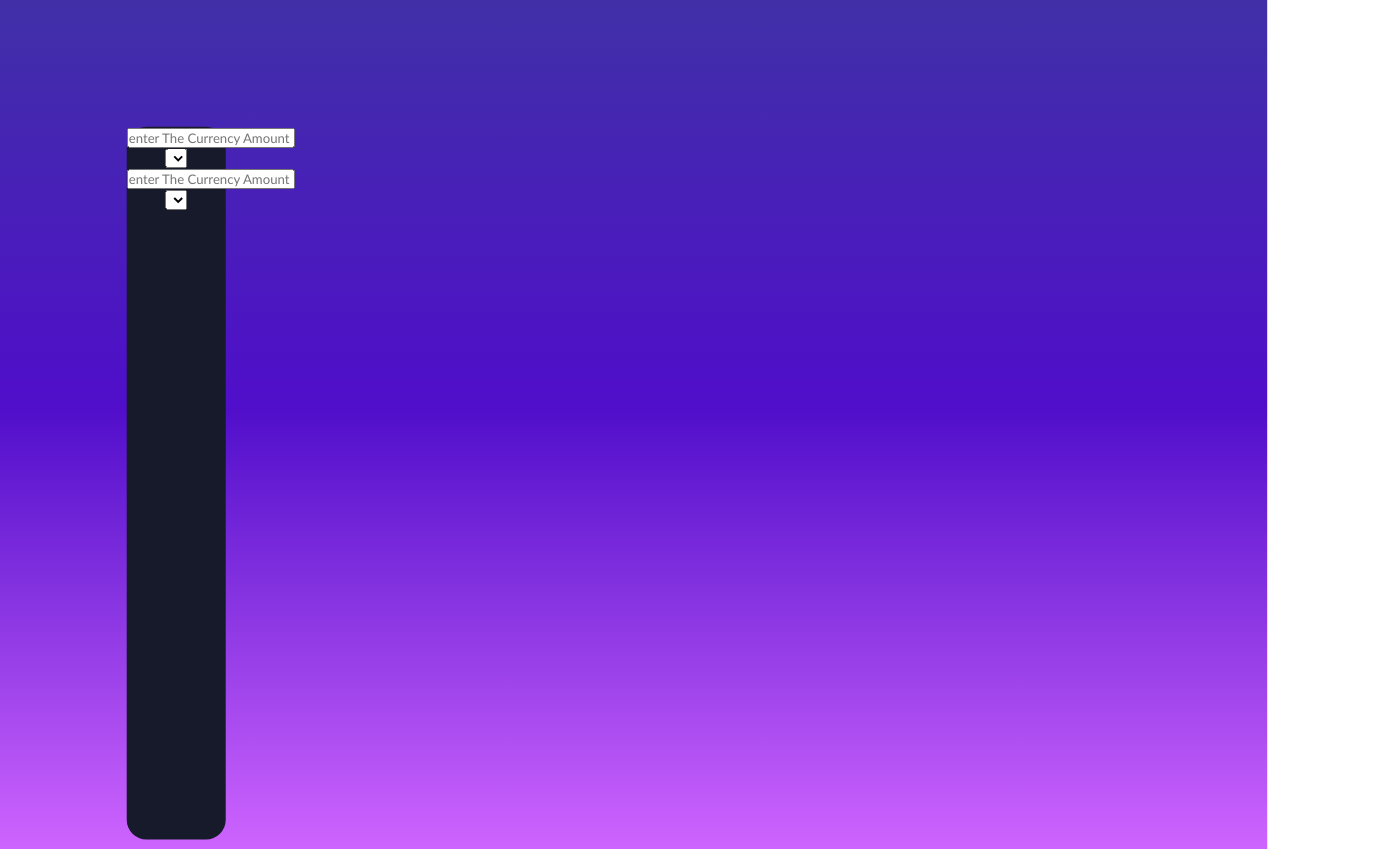
Repository: KamalEssam/currency-converter-react-app
Page: /
The author's editor kept a copy of each file at every save. The page is drawn from the files as they stood at one save, then again after a run of saves.
The browser window is 1280 px wide. The page is 1280 px wide, then 1408 px, so the pictures cover 1408 px, including what lies to the right of the window. The pictures show the whole page, at 99% of full size.
The page's requests for data from a server got no answer. The project was rebuilt for these pictures with package versions that can differ from the ones it lists, and the page was loaded fresh each time. No one was signed in, and anything a server would have sent is missing.

Above is the page before, as saved 2021-12-21 15:26:08.

After the next 3 saves:
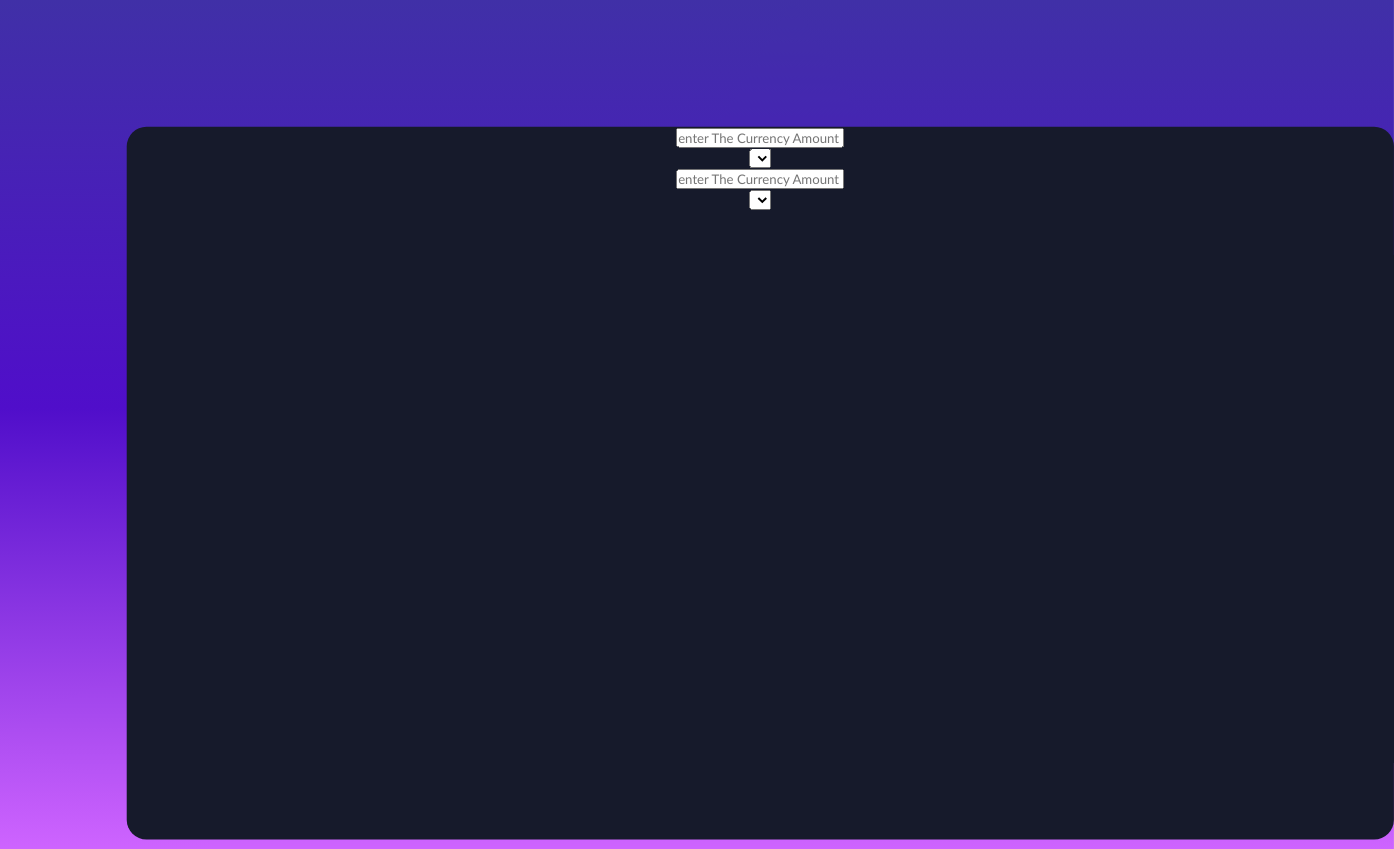
The 3 saves are shown as one change because they came seconds apart.
The last was saved 9 s later.
--- a/src/App.css
+++ b/src/App.css
@@ -31,7 +31,7 @@ body{
   flex-direction: column;
   justify-content: start ;
   height: 100vh;
-  width: 100px;
+  width: 100%;
   text-align: center;
   background: #161a2b;
   margin:128px 128px 10px 128px ;
